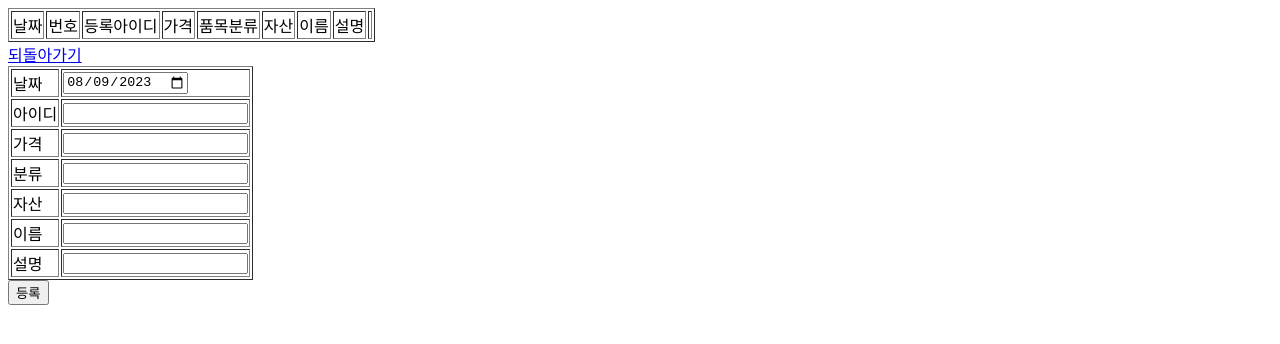
Repository: hdk8572/kh_MoneyManager
Page: http://localhost/Semi_backup/user/main
The author's editor kept a copy of each file at every save. The page is drawn from the files as they stood at one save, then again after the next save.
The browser window is 1280 px wide. The pictures show the whole page.
The page is served by Tomcat 9. Other server files are loaded and not shown. Queries for data that is not in the repository find no rows.

Above is the page before, as saved 2023-08-10 08:08:37.

### Semi_backup/src/main/webapp/WEB-INF/user/main.jsp
<%@ page language="java" contentType="text/html; charset=UTF-8"
    pageEncoding="UTF-8"%>
<%@taglib prefix="c" uri="http://java.sun.com/jsp/jstl/core" %>
<!DOCTYPE html>
<html>
<head>
<meta charset="UTF-8">
<title>Insert title here</title>
<script src="https://code.jquery.com/jquery-3.7.0.js"></script>
</head>
<body>
	<div id="wrap-list" >
		<table border="1">
			<tr>
				<td>날짜</td>
				<td>번호</td>
				<td>등록아이디</td>
				<td>가격</td>
				<td>품목분류</td>
				<td>자산</td>
				<td>이름</td>
				<td>설명</td>
				<td></td>
			</tr>
			<c:forEach items="${ulist}" var="ul">
			<tr>
				<td>${ul.insertDate}</td>
				<td>${ul.mno}</td>
				<td>${ul.mid}</td>
				<td>${ul.mprice}</td>
				<td>${ul.category}</td>
				<td>${ul.cashCard}</td>
				<td>${ul.mname}</td>
				<td>${ul.description}</td>
				<td>
				<button type="button">수정</button>
				<button type="button">삭제</button>
				</td>
			</tr>
			</c:forEach>
		</table>
	</div>
		<a href="${pageContext.request.contextPath}/">되돌아가기</a>
	<form id="frmInsert">
 		<table border="1">
			<tr>
				<td>날짜</td>
				<td><input type="date" name="insertDate" id="currentDate"></td>
			</tr>
<!-- 		<tr>
				<td>등록번호</td>
				<td><input type="text" name="mno"></td>
			</tr> -->
			<tr>
				<td>아이디</td>
				<td><input type="text" name="mid" ></td>
			</tr>
			<tr>
				<td>가격</td>
				<td><input type="text" name="mprice" ></td>
			</tr>
			<tr>
				<td>분류</td>
				<td><input type="text" name="category" ></td>
			</tr>
			<tr>
				<td>자산</td>
				<td><input type="text" name="cashCard" ></td>
			</tr>
			<tr>
				<td>이름</td>
				<td><input type="text" name="mname" ></td>
			</tr>
			<tr>
				<td>설명</td>
				<td><input type="text" name="descripion"></td>
			</tr>
		</table>
		<button type="button" id="btn_Insert">등록</button>
	</form>
</body>
<script>
	document.getElementById('currentDate').value = new Date().toISOString().substring(0, 10);

  	$("#btn_Insert").click(insertListClickHandler);

	function insertListClickHandler() {
		var dataQuery = $("#frmInsert").serialize();
		console.log(dataQuery);
		$.ajax({
			url: "${pageContext.request.contextPath}/ajaxInsert"
			,type: "post"
			//,contentType:""
			,data: $("#frmInsert").serialize()

			,dataType:"json"
			,success: function(result){
				console.log("success:");
				console.log(result);
				displayList(result);
			}
			,error: function(){
				console.log("error:");
				console.log(result);
			}
		})
	}
	function displayList(data) {
		var htmlVal="";
		if(data==null || data.length == 0){
			alert("등록에 실패하였습니다. 다시 입력을시도해주세요.");
		} else {
			htmlVal+=`
				<table border="1">
			<tbody>
				<tr>
					<td>날짜</td>
					<td>번호</td>
					<td>등록아이디</td>
					<td>가격</td>
					<td>품목분류</td>
					<td>자산</td>
					<td>이름</td>
					<td>설명</td>
				</tr>
				`;
				for(var i=0;i<data.length;i++){
					var ul = data[i];
				htmlVal+=`
				<tr>
					<td>\${ul.insertDate}</td>
					<td>\${ul.mno}</td>
					<td>\${ul.mid}</td>
					<td>\${ul.mprice}</td>
					<td>\${ul.category}</td>
					<td>\${ul.cashCard}</td>
					<td>\${ul.mname}</td>
					<td>\${ul.description}</td>
				</tr>
				`;
				}
			htmlVal+=`
			</tbody>
				</table>
			`;
			$("#wrap-list").html(htmlVal);
			alert("등록에 성공");
			$("#frmInsert").value() = [];

	//$("#wrap-list table>tbody>tr:first-child:not").remove();
	//$("#wrap-list table>tbody").append(htmlVal);
		}
	}
</script>
</html>

### Semi_backup/src/main/java/semi/dk/user/controller/UserListController.java
package semi.dk.user.controller;

import java.io.IOException;
import java.util.List;

import javax.servlet.ServletException;
import javax.servlet.annotation.WebServlet;
import javax.servlet.http.HttpServlet;
import javax.servlet.http.HttpServletRequest;
import javax.servlet.http.HttpServletResponse;

import semi.dk.user.model.dao.UserDao;
import semi.dk.user.model.dto.UserDto;
import semi.dk.user.model.service.UserService;

/**
 * Servlet implementation class UserListController
 */
@WebServlet("/user/main")
public class UserListController extends HttpServlet {
	private static final long serialVersionUID = 1L;

	UserService service = new UserService();

    public UserListController() {
        super();
    }

	protected void doGet(HttpServletRequest request, HttpServletResponse response) throws ServletException, IOException {
		List<UserDto> ulist = service.selectList();
		request.setAttribute("ulist", ulist);

		request.getRequestDispatcher("/WEB-INF/user/main.jsp").forward(request, response);
	}

	protected void doPost(HttpServletRequest request, HttpServletResponse response) throws ServletException, IOException {
	}

}

### Semi_backup/src/main/java/semi/dk/user/model/dao/UserDao.java
package semi.dk.user.model.dao;

import static semi.dk.common.DkTemplate.*;

import java.sql.Connection;
import java.sql.PreparedStatement;
import java.sql.ResultSet;
import java.sql.SQLException;
import java.util.ArrayList;
import java.util.List;

import semi.dk.user.model.dto.UserDto;

public class UserDao {
	// 리스트 조회 (** List)
	public List<UserDto> selectList(Connection conn) {

		String query = "SELECT INSERT_DATE, MNO, MID, MPRICE, CATEGORY, CASHCARD, MNAME, DESCRIPTION FROM EX";

		List<UserDto> result = new ArrayList<UserDto>();
		PreparedStatement stmt = null;
		ResultSet rs = null;

		try {
			stmt = conn.prepareStatement(query);
			rs = stmt.executeQuery();

			while(rs.next()==true) {
				UserDto dto = new UserDto();
				dto.setInsertDate(rs.getString("INSERT_DATE"));
				dto.setMno(rs.getString("MNO"));
				dto.setMid(rs.getString("MID"));
				dto.setMprice(rs.getString("MPRICE"));
				dto.setCategory(rs.getString("CATEGORY"));
				dto.setCashCard(rs.getString("CASHCARD"));
				dto.setMname(rs.getString("MNAME"));
				dto.setDescription(rs.getString("DESCRIPTION"));

				result.add(dto);
			}
			System.out.println(result);

		} catch (SQLException e) {
			e.printStackTrace();
		} finally {
			close(rs);
			close(stmt);
		}
		return result;
	}
	// 리스트 추가 (** Insert)
	public int Insert(Connection conn, UserDto dto) {
		int result = 0;

		String query = "INSERT INTO EX VALUES (?, (SELECT COALESCE(MAX(mno), 0) + 1 FROM EX), ?, ?, ?, ?, ?, ?)";
		PreparedStatement stmt = null;

		try {
			stmt = conn.prepareStatement(query);

			stmt = conn.prepareStatement(query);
			stmt.setString(1, dto.getInsertDate());
			stmt.setString(2, dto.getMid());
			stmt.setString(3, dto.getMprice());
			stmt.setString(4, dto.getCategory());
			stmt.setString(5, dto.getCashCard());
			stmt.setString(6, dto.getMname());
			stmt.setString(7, dto.getDescription());

			result = stmt.executeUpdate();
		} catch (SQLException e) {
			e.printStackTrace();
		} finally {
			close(stmt);
		}
		return result;
	}
}

### Semi_backup/src/main/java/semi/dk/common/DkTemplate.java
package semi.dk.common;

import java.sql.Connection;
import java.sql.DriverManager;
import java.sql.ResultSet;
import java.sql.SQLException;
import java.sql.Statement;

public class DkTemplate {

	private static Connection conn = null;

	public static Connection getConnection() {
		try {
			Class.forName("oracle.jdbc.driver.OracleDriver");
			conn = DriverManager.getConnection("jdbc:oracle:thin:@127.0.0.1:1521:xe", "dk", "dk");

			if(conn!=null) {
				System.out.println("DB 연결 성공");
			} else {
				System.out.println("DB 연결 실패");
			}
		} catch (ClassNotFoundException e) {
			e.printStackTrace();
		} catch (SQLException e) {
			e.printStackTrace();
		}
		return conn;
	}

	public static void close(Connection conn) {
		try {
			if(conn!=null) conn.close();
		} catch (SQLException e) {
			e.printStackTrace();
		}
	}

	public static void close(Statement stmt) {
		try {
			if(stmt!=null)  stmt.close();
		} catch (SQLException e) {
			e.printStackTrace();
		}
	}

	public static void close(ResultSet rs) {
		try {
			if(rs!=null)  rs.close();
		} catch (SQLException e) {
			e.printStackTrace();
		}
	}

	public static void setAutoCommit(Connection conn, boolean autoCommit) {
		try {
			if(conn!=null) conn.setAutoCommit(autoCommit);
		} catch (SQLException e) {
			e.printStackTrace();
		}
	}


	public static void rollback(Connection conn) {
		try {
			if(conn!=null) conn.rollback();
		} catch (SQLException e) {
			e.printStackTrace();
		}
	}

	public static void commit(Connection conn) {
		try {
			if(conn!=null) conn.commit();
		} catch (SQLException e) {
			e.printStackTrace();
		}
	}
}

After the next save:
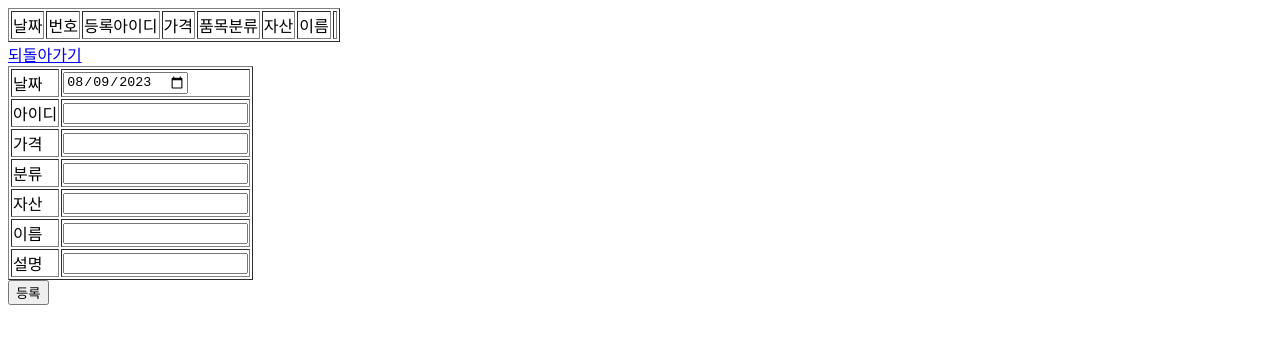
Saved 16 s later.
--- a/Semi_backup/src/main/webapp/WEB-INF/user/main.jsp
+++ b/Semi_backup/src/main/webapp/WEB-INF/user/main.jsp
@@ -19,7 +19,6 @@
 				<td>품목분류</td>
 				<td>자산</td>
 				<td>이름</td>
-				<td>설명</td>
 				<td></td>
 			</tr>
 			<c:forEach items="${ulist}" var="ul">
@@ -31,7 +30,6 @@
 				<td>${ul.category}</td>
 				<td>${ul.cashCard}</td>
 				<td>${ul.mname}</td>
-				<td>${ul.description}</td>
 				<td>
 				<button type="button">수정</button>
 				<button type="button">삭제</button>

After the save that followed:
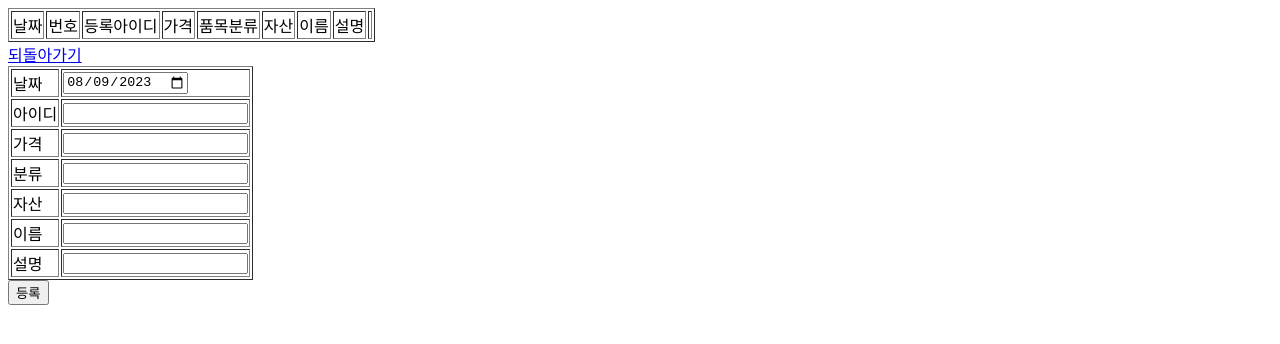
Saved 9 s later.
--- a/Semi_backup/src/main/webapp/WEB-INF/user/main.jsp
+++ b/Semi_backup/src/main/webapp/WEB-INF/user/main.jsp
@@ -19,6 +19,7 @@
 				<td>품목분류</td>
 				<td>자산</td>
 				<td>이름</td>
+				<td>설명</td>
 				<td></td>
 			</tr>
 			<c:forEach items="${ulist}" var="ul">
@@ -30,6 +31,7 @@
 				<td>${ul.category}</td>
 				<td>${ul.cashCard}</td>
 				<td>${ul.mname}</td>
+				<td>${ul.description}</td>
 				<td>
 				<button type="button">수정</button>
 				<button type="button">삭제</button>
